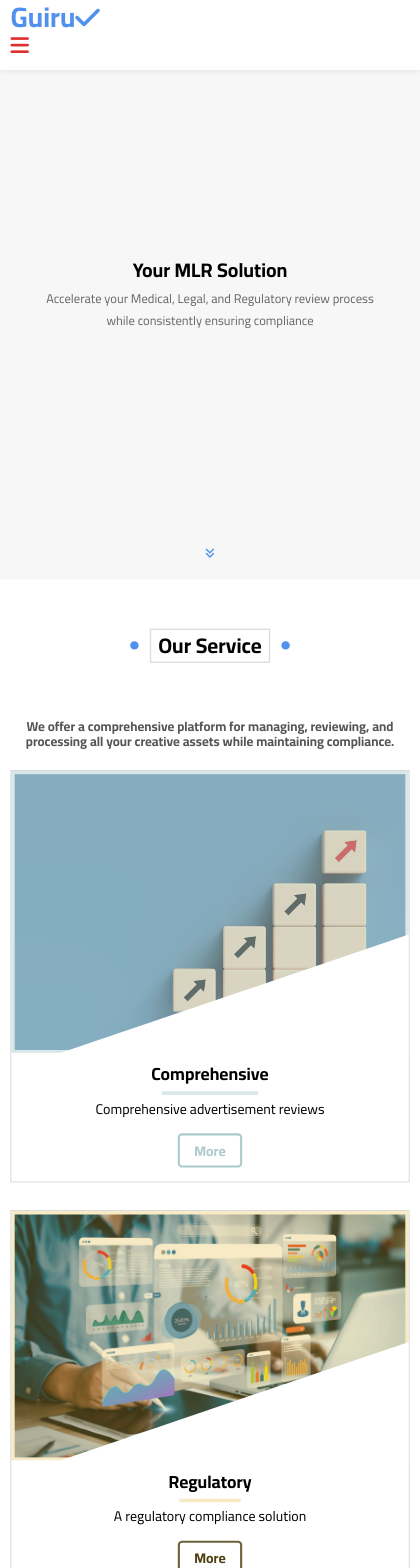
Repository: AsmaaAlothman/Templet-1-website
Page: home.html
An editor plug-in stored every save of this project. The page is shown before and after the next save, followed by the edit.
The browser window is 600 px wide. The pictures show the part of the page from y = 0 to 2240 px (the page is 5240 px tall), at 70% of full size.

Above is the page before, as saved 2024-08-31 13:44:27.

### home.html
<!DOCTYPE html>
<html lang="en">

<head>
    <meta charset="UTF-8" />
    <meta name="viewport" content="width=device-width, initial-scale=1.0" />
    <title>Guiru test</title>
    <!-- Render all elements normally-->
    <link rel="stylesheet" href="css/normalize.css" />
    <!-- Font Awesome library-->
    <link rel="stylesheet" href="css/all.min.css" />
    <link rel="preconnect" href="https://fonts.googleapis.com" />
    <!--Google Fonts Cairo-->
    <link href="https://fonts.googleapis.com/css2?family=Cairo:wght@200..1000&family=Work+Sans:ital,wght@0,100..900;1,100..900&display=swap" rel="stylesheet" />
    <!--Main template css file -->
    <link rel="stylesheet" href="css/home.css" />
</head>

<body>
    <!-- Start header -->
    <div class="header" id="header">
        <div class="container">

            <a href="#" class="logo"> Guiru <i class="fa-solid fa-check"></i></a>

            <ul class="main_nav">
                <li>
                    <a href="#partner_with_us" class="partner_with_us">partner with us</a>
                </li>
                <li><a href="#about-us">About Us</a></li>
                <li><a href="#contact-us">Contact Us</a></li>
                <li><a href="#login">Login</a></li>
                <li><a href="#home">Home</a></li>
            </ul>
            <label for="check" class="check-btn">
              <i class="fa-solid fa-bars"></i>
            </label>
        </div>
    </div>
    <!-- End header -->
    <!-- Start Landing -->
    <div class="landing">
        <div class="container">
            <div class="text">
                <h1>Your MLR Solution</h1>
                <p>
                    Accelerate your Medical, Legal, and Regulatory review process while consistently ensuring compliance
                </p>
            </div>
            <div class="image">
                <img src="images/landing_image2.jpg" alt="landing_image2" />
            </div>
        </div>
        <a href="#about-us" class="go_down">
            <i class="fa-solid fa-angles-down"></i>
        </a>
    </div>
    <!-- End Landing -->
    <!-- Start Service -->
    <div class="service" id="service">
        <h2 class="main-title">Our Service</h2>

        <h3>
            We offer a comprehensive platform for managing, reviewing, and processing all your creative assets while maintaining compliance.
        </h3>

        <div class="container">
            <div class="box comprehensive">
                <div class="img-holder">
                    <img src="images/service-image1.jpg" alt="" />
                </div>
                <h2>Comprehensive</h2>
                <p>Comprehensive advertisement reviews</p>
                <a href="#">More</a>
            </div>
            <div class="box regulatory">
                <div class="img-holder">
                    <img src="images/service-image2.jpg" alt="" />
                </div>
                <h2>Regulatory</h2>
                <p>A regulatory compliance solution</p>
                <a href="#">More</a>
            </div>
            <div class="box guidance">
                <div class="img-holder">
                    <img src="images/service-image3.jpg" alt="" />
                </div>
                <h2>Guidance</h2>
                <p>Guidance to improve advertisement effectiveness</p>
                <a href="#">More</a>
            </div>
        </div>
    </div>
    <!-- End service -->
    <!-- Start About US Section -->
    <div class="about-us" id="about-us">
        <div class="container">
            <h2 class="main-title">About Us</h2>
            <h3>
                At Guiru, we are dedicated to offering the best solutions for your MLR needs. Our team will ensure you campaigns meet all necessary regulations needs and achieve maximum impact.
            </h3>
            <div class="box">
                <div class="details">
                    <img src="images/about-us.png" alt="about-us" />
                </div>
            </div>
        </div>
    </div>
    <!-- End About US Section -->

    <!-- Start Our Value Section -->
    <div class="our-value" id="our-value">
        <h2 class="main-title">Our Value</h2>
        <div class="container">
            <img src="images/our-values.jpg" alt="" class="image" style="width: 600px; height: 400px" />
            <div class="info">
                <div class="box">
                    <img src="images/our-values2.png" alt="" />
                    <div class="text">
                        <h3>Integrity</h3>
                        <p>
                            We uphold the highest standards of integrity in all our actions.
                        </p>
                    </div>
                </div>
                <div class="box">
                    <img src="images/our-values3.png" alt="" />
                    <div class="text">
                        <h3>Excellence</h3>
                        <p>We strive for excellence in everything we do.</p>
                    </div>
                </div>
                <div class="box">
                    <img src="images/our-values4.png" alt="" />
                    <div class="text">
                        <h3>Innovation</h3>
                        <p>
                            We encourage innovation to meet challenges and improve our services.
                        </p>
                    </div>
                </div>
            </div>
        </div>
    </div>
    <!-- End Our value Section -->

    <!-- Start Footer -->
    <div class="footer" id="footer">
        <div class="container">
            <img src="images/logo-Guiru.png" alt="logo-footer" />
            <div class="footer-links">
                <a href="#about-us"><i class="fa-regular fa-address-card"> About Us </i></a
          >
          <a href="#contact-us"
            ><i class="fa-solid fa-headset"> Contact Us </i>
          </a>
                <a href="#privacy-policy"><i class="fa-solid fa-arrow-right-to-bracket"> Privacy Policy </i>
          </a>
            </div>
            <p class="copyright">
                &copy; 2024 <span>Guiru</span> All rights reserved.
            </p>
        </div>
    </div>
    <!-- End Footer -->
</body>

</html>

### css/home.css
/* Start global rules : */

* {
    -webkit-box-sizing: border-box;
    -moz-box-sizing: border-box;
    box-sizing: border-box;
    padding: 0px;
    margin: 0px;
}

html {
    scroll-behavior: smooth;
}

:root {
    --main-color: #4f91ed;
    --main-color-alt: #125bc2bd;
    --hover-main-color: #c5c9cf23;
    --icon-color-hover: #accef577;
    --main-transition: 0.3s;
    --main-padding-top: 70px;
    --main-padding-bottom: 70px;
    --second-section-background-color: #d2d7d831;
    --main-section-background-color: white;
    --footer-background-color: rgba(46, 69, 92, 0.486);
    --paragraph-text-color: #555;
    --main-box-shadow: 0 12px 20px 0 rgba(0, 0, 0, 0.048), 0 2px 4px 0 rgb(0 0 0/12%);
}

body {
    font-family: "Cairo", sans-serif;
    /* font-family: "Work Sans", sans-serif;*/
}

a {
    text-decoration: none;
}

ul {
    list-style: none;
}


/* End global rules  */

.parent {
    background-color: #eee;
}

.container {
    padding-left: 15px;
    padding-right: 15px;
    margin-left: auto;
    margin-right: auto;
    /* background-color: #ececec; */
}

img {
    /* padding-left: 15px;
    padding-right: 15px; */
    margin-left: auto;
    margin-right: auto;
    display: block;
    /* background-color: var(--main-color); */
}


/* Start media query  */

@media (min-width: 768px) {
    .container {
        width: 970px;
    }
}

@media (min-width: 992px) {
    .container {
        width: 970px;
    }
}

@media (min-width: 1200px) {
    .container {
        width: 1170px;
    }
}


/* End media query  */


/* Start Style Main title */

.main-title {
    margin: 0 auto 80px;
    border: 2px solid #e1dcdc;
    padding: 5px 10px;
    font-size: 30px;
    width: fit-content;
    position: relative;
    z-index: 1;
    transition: var(--main-transition);
}

.main-title::after,
.main-title::before {
    content: "";
    width: 12px;
    height: 12px;
    background-color: var(--main-color);
    position: absolute;
    border-radius: 50%;
    top: 50%;
    transform: translateY(-50%);
}

.main-title::after {
    right: -30px;
}

.main-title::before {
    left: -30px;
}

.main-title:hover::before {
    z-index: -1;
    animation: left-move 0.3s linear forwards;
}

.main-title:hover::after {
    z-index: -1;
    animation: right-move 0.3s linear forwards;
}

.main-title:hover {
    color: white;
    border: 2px solid white;
    transition-delay: 0.2s;
}


/* End Style Main title */


/* Start header */

.header {
    background-color: white;
    position: relative;
    -webkit-box-shadow: 0 0 10px#ddd;
    -moz-box-shadow: 0 0 10px#ddd;
    box-shadow: 0 0 10px#ddd;
}

.header .container {
    display: flex;
    background-color: white;
    justify-content: space-between;
    align-items: center;
    flex-wrap: wrap;
    position: relative;
}

.header .logo {
    color: var(--main-color);
    font-size: 40px;
    font-weight: bold;
    /*  height: 72px; للحفاظ على ارتفاع الهيدر حتى لو اختلف حجم المين  */
    height: 72px;
    display: flex;
    justify-content: center;
    align-items: center;
}


/* start responsive media for logo selector : */

@media (max-width: 767px) {
    .header .logo {
        width: 100%;
        height: 50px;
    }
}


/*end responsive media for logo selector : */

.header .main_nav {
    display: flex;
}


/* start responsive media for main_nav selector : */

.header .main_nav>li>a {
    height: 80px;
    letter-spacing: 2px;
    font-size: 20px;
    display: flex;
    justify-content: center;
    align-items: center;
    position: relative;
    color: black;
    padding: 0px 25px;
    transition: var(--main-transition);
    overflow: hidden;
}


/* start responsive media for li > a selector : */

@media (max-width: 767px) {
    .header .main_nav>li>a {
        padding: 10px;
        height: 40px;
        font-size: 14px;
    }
}

@media (max-width: 767px) {
    .header .main_nav {
        flex-direction: column;
        gap: 0;
        padding: 5px;
        margin: auto;
    }
}

.check-btn {
    font-size: 30px;
    color: rgb(223, 46, 46);
    cursor: pointer;
    display: none;
}

@media (max-width: 767px) {
    .check-btn {
        display: flex;
        margin-bottom: 20px;
    }
    .header .main_nav {
        display: none;
    }
    .header .container .logo {
        display: flex;
        justify-content: start;
    }
}


/* End header */


/* Start Landing */

.landing {
    position: relative;
    background-color: var(--second-section-background-color);
}

.landing .container {
    min-height: calc(100vh - 72px);
    display: flex;
    align-items: center;
    padding-bottom: 75px;
}

.landing .text {
    flex: 1;
}

@media (max-width: 991px) {
    .landing .text {
        text-align: center;
    }
}

.landing .text h1 {
    font-size: 37px;
    margin: 0;
    letter-spacing: 0px;
}


/*start response mobile screen size */

@media (max-width: 767px) {
    .landing .text h1 {
        font-size: 28px;
    }
}


/*end response mobile screen size */

.landing .text p {
    font-size: 22px;
    margin: 5px 0 0;
    line-height: 1.7;
    color: #666;
    max-width: 500px;
}

@media (max-width: 991px) {
    .landing .text p {
        margin: 10px auto;
    }
}


/*start response mobile screen size */

@media (max-width: 767px) {
    .landing .text p {
        font-size: 18px;
    }
}


/*end response mobile screen size */

.landing .image img {
    position: relative;
    width: 400px;
    /* وحطينا زمن 5 ثواني يروح ويرجع up-and-down الانيميشن هون سميتو ع كيفي  */
    /* الانيميشن بعتمد عالبوزشن لازم يكون ريليتف */
    /* بننزل بننشئ الانيميشن تحت بنفس هاد الاسم  */
    animation: up-and-down 5s linear infinite;
}

@media (max-width: 991px) {
    .landing .image {
        display: none;
    }
}

.landing .go_down {
    color: var(--main-color);
    position: absolute;
    bottom: 30px;
    left: 50%;
    transform: translateX(-50%);
    transition: var(--main-transition);
}

.landing .go_down:hover {
    color: var(--main-color-alt);
}

.landing .go_down i {
    animation: bouncing 1.5s infinite;
}


/* End landing */


/* Start service */

.service {
    padding-top: var(--main-padding-top);
    padding-bottom: var(--main-padding-bottom);
    position: relative;
    background-color: var(--main-section-background-color);
}

.service .container {
    display: grid;
    grid-template-columns: repeat(auto-fill, minmax(300px, 1fr));
    gap: 40px;
}

.service h3 {
    color: var(--paragraph-text-color);
    display: block;
    padding-bottom: 30px;
    max-width: 100%;
    text-align: center;
    margin: auto;
}

.service .box {
    text-align: center;
    border: 1px solid #ccc;
}

.service .container .img-holder {
    position: relative;
    overflow: hidden;
}

.service .container .img-holder::before {
    content: "";
    position: absolute;
    top: -1px;
    left: 0;
    height: 100%;
    width: 100%;
    /* background-color: #b657e257; */
}

.service .container .img-holder::after {
    content: "";
    position: absolute;
    bottom: 0;
    right: 0;
    border-style: solid;
    border-width: 0 0 170px 500px;
    border-color: transparent transparent white transparent;
    transition: var(--main-transition);
}

.service .container .img-holder img {
    max-width: 100%;
    padding: 5px;
}

.service .box:hover .img-holder::after {
    border-width: 0 465px 0 0;
}

.service .box h2 {
    position: relative;
    font-size: 25px;
    margin: 15px auto;
    width: fit-content;
}

.service .box h2::after {
    content: "";
    position: absolute;
    bottom: -15px;
    left: 15px;
    height: 5px;
    width: calc(100% - 30px);
    /* background-color: red; */
}

.service .box p {
    line-height: 2;
    font-size: 20px;
    color: var(--paragraph-color);
    margin: 15px 15px;
    padding: 0;
}

.service .box a {
    display: block;
    border: 3px solid transparent;
    width: fit-content;
    margin: 0 auto 20px;
    font-size: 20px;
    font-weight: bold;
    padding: 10px 20px;
    border-radius: 6px;
    transition: var(--main-transition);
}

.service .box:hover a {
    background-position: left bottom;
    color: rgb(39, 37, 37);
}


/*اللي فوق الصورة overlayهاد الجزء الخاص بال    */

.service .comprehensive .img-holder::before {
    background-color: #aacacb75;
}


/* comprehensive  /guidance /regulatory هاد لون الباك جراوند اللي تحت الهيدر تبع القسم يعني تحت كلمة  */

.service .comprehensive h2::after {
    background-color: #aacacb75;
}

.service .comprehensive a {
    color: #aacacb;
    border-color: #aacacb;
    background: linear-gradient(to right, #aacacb75 50%, white 50%);
    background-size: 200% 100%;
    background-position: right bottom;
}


/* ---------------------------------- */

.service .regulatory .img-holder::before {
    background-color: #e0ad1f41;
}

.service .regulatory h2::after {
    background-color: #e0ad1f41;
}

.service .regulatory a {
    color: #503f10;
    border-color: #6e6039;
    background: linear-gradient(to right, #e0ad1f41 50%, white 50%);
    background-size: 200% 100%;
    background-position: right bottom;
}


/* ---------------------------------- */

.service .guidance .img-holder::before {
    background-color: #b7cc8c71;
}

.service .guidance h2::after {
    background-color: #b7cc8c71;
}

.service .guidance a {
    color: #b7cc8c;
    border-color: #b7cc8c;
    background: linear-gradient(to right, #b7cc8c71 50%, white 50%);
    background-size: 200% 100%;
    background-position: right bottom;
}


/* End service */


/* Start About us Section */

.about-us {
    position: relative;
    padding-top: var(--main-padding-top);
    padding-bottom: var(--main-padding-bottom);
    background-color: var(--second-section-background-color);
}

.about-us .container {
    display: flex;
    align-items: center;
    flex-wrap: wrap;
    position: relative;
}

.about-us .container .box {
    display: grid;
    margin: auto;
    grid-template-columns: repeat(auto-fill, minmax(450px, 0fr));
    gap: 10px;
    padding: 5px;
    max-width: fit-content;
    background-color: transparent;
    border-radius: 6px;
    box-shadow: 0 12px 20px 0 rgb(0 0 0/13%), 0 2px 4px 0 rgb(0 0 0/12%);
}

.about-us .container .box img {
    max-width: 60%;
    transition: var(--main-transition);
    border-radius: 6px;
}

@media (max-width: 767px) {
    .about-us .container .box img {
        max-width: 60%;
        transition: var(--main-transition);
        border-radius: 6px;
        margin-left: 40px;
    }
}

.about-us .container .box img:hover {
    transform: rotate(2deg) scale(1);
    transition-duration: 1s;
}

.about-us .container h3 {
    color: var(--paragraph-text-color);
    display: block;
    padding-bottom: 30px;
    max-width: 100%;
    text-align: center;
    margin: auto;
}


/* End About us Section */


/* Start Our value Section */

.our-value {
    padding-top: var(--main-padding-top);
    padding-bottom: var(--main-padding-bottom);
    position: relative;
    background-color: var(--section-background-color);
}

.our-value .container {
    display: flex;
    align-items: center;
    justify-content: space-between;
}

@media (max-width: 991px) {
    .our-value .container {
        flex-direction: column;
    }
}

.our-value .container .image {
    max-width: 100%;
    margin-right: 70px;
}

@media (max-width: 991px) {
    .our-value .image {
        margin: 0 0 50px;
    }
}

@media (max-width: 767px) {
    .our-value .container .image {
        display: none;
    }
}

.our-value .info .box {
    background-color: #8d9cb138;
    padding: 20px 15px;
    margin-bottom: 20px;
    border-radius: 6px;
    display: flex;
    align-items: center;
    border: 3px solid white;
    position: relative;
    z-index: 1;
}

@media (max-width: 991px) {
    .our-value .info .box {
        flex-direction: column;
        text-align: center;
    }
}

.our-value .info .box::before {
    content: "";
    position: absolute;
    background-color: rgba(131, 181, 209, 0.26);
    left: 50%;
    top: 50%;
    height: 0;
    width: 0;
    transform: translate(-50%, -50%);
    z-index: -1;
    transition: var(--main-transition);
}

.our-value .info .box:hover:before {
    height: 100%;
    width: 100%;
}

.our-value .info .box img {
    width: 120px;
    margin-left: 0;
    padding: 5px;
    border-radius: 15px;
}

@media (max-width: 991px) {
    .our-value .info .box img {
        margin: 0 0 30px;
    }
}

.our-value .container .info .box .text {
    padding: 0px 5px 0px 15px;
}

.our-value .container .info .box h3 {
    font-size: 20px;
    padding-bottom: 5px;
    margin: 0;
}

.our-value .container .info .box p {
    line-height: 1.7;
    color: var(--paragraph-color);
    margin: 10px 0 0;
    font-size: 18px;
}


/* End Our value Section */


/* Start Footer  */

.footer {
    padding-top: 50px;
    padding-bottom: 50px;
    background-color: var(--footer-background-color);
    position: relative;
    color: white;
    text-align: center;
}

.footer .container img {
    width: 200px;
}

.footer .footer-links {
    max-width: 100%;
    padding-top: 15px;
    display: flex;
    margin: 40px 0 20px;
    gap: 25px;
    justify-content: center;
    align-items: center;
    position: relative;
}

@media (max-width: 767px) {
    .footer .footer-links {
        padding-top: 10px;
        display: grid;
        margin: 30px 0 20px;
        gap: 30px;
        justify-content: center;
        align-items: center;
    }
}

.footer .footer-links a {
    display: block;
    font-size: 13px;
    letter-spacing: 4px;
    color: #0c4597c2;
    text-shadow: 0px 1px 7px white;
    border-bottom: 3px solid rgba(58, 79, 148, 0.918);
    border-radius: 6px;
    padding: 10px;
}

.footer .footer-links a:hover {
    font-weight: bolder;
    color: white;
    border: none;
    background-color: rgba(78, 107, 134, 0.37);
    box-shadow: var(--main-box-shadow);
    transition: var(--main-transition);
}

.footer .container {
    position: relative;
    max-width: 100%;
    max-height: 100%;
}

.footer .copyright {
    margin-top: 60px;
    padding: 20px;
}

.footer .copyright span {
    font-weight: bold;
    font-size: 20px;
    color: var(--main-color-alt);
}


/* End Footer  */


/* Start Create Animation  */

@keyframes up-and-down {
    0%,
    100% {
        top: 0;
    }
    50% {
        top: -50px;
    }
}

@keyframes left-move {
    50% {
        left: 0;
        width: 12px;
        height: 12px;
    }
    100% {
        left: 0;
        border-radius: 0;
        width: 100%;
        height: 100%;
    }
}

@keyframes right-move {
    50% {
        right: 0;
        width: 12px;
        height: 12px;
    }
    100% {
        right: 0;
        border-radius: 0;
        width: 100%;
        height: 100%;
    }
}


/* Start Create Animation  */

@keyframes up-and-down {
    0%,
    100% {
        top: 0;
    }
    50% {
        top: -50px;
    }
}

@keyframes left-move {
    50% {
        left: 0;
        width: 12px;
        height: 12px;
    }
    100% {
        left: 0;
        border-radius: 0;
        width: 100%;
        height: 100%;
    }
}

@keyframes right-move {
    50% {
        right: 0;
        width: 12px;
        height: 12px;
    }
    100% {
        right: 0;
        border-radius: 0;
        width: 100%;
        height: 100%;
    }
}


/* End Create Animation */

Loaded but not shown: css/normalize.css (library); css/all.min.css (library)

After the next save:
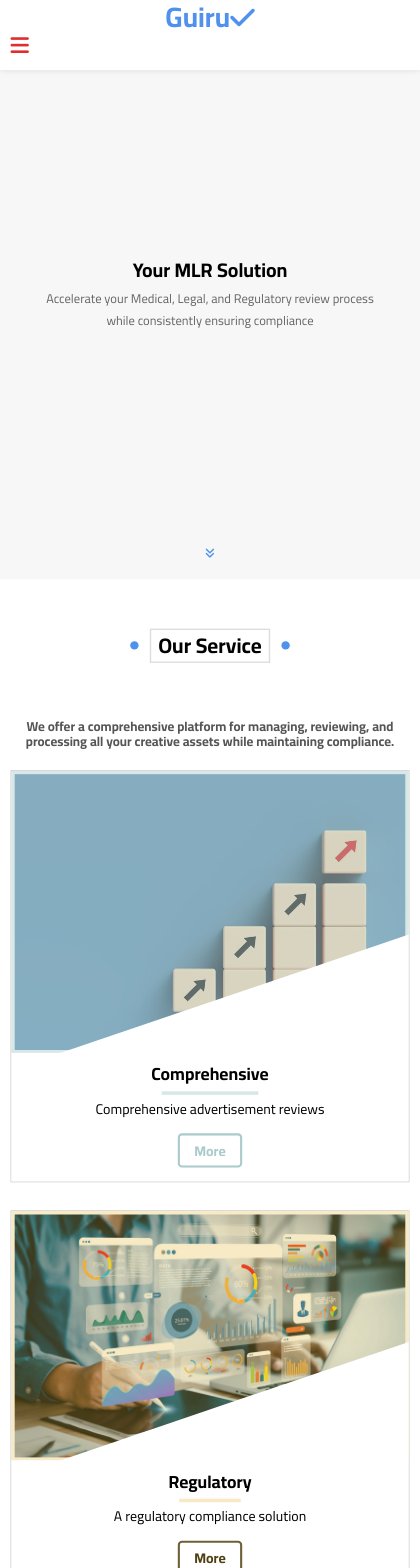
Saved 10 s later.
--- a/css/home.css
+++ b/css/home.css
@@ -236,15 +236,14 @@
 @media (max-width: 767px) {
     .check-btn {
         display: flex;
+        justify-content: start;
+        display: flex;
         margin-bottom: 20px;
     }
     .header .main_nav {
         display: none;
     }
-    .header .container .logo {
-        display: flex;
-        justify-content: start;
-    }
+    .header .container .logo {}
 }
 
 

After the 3 saves that followed:
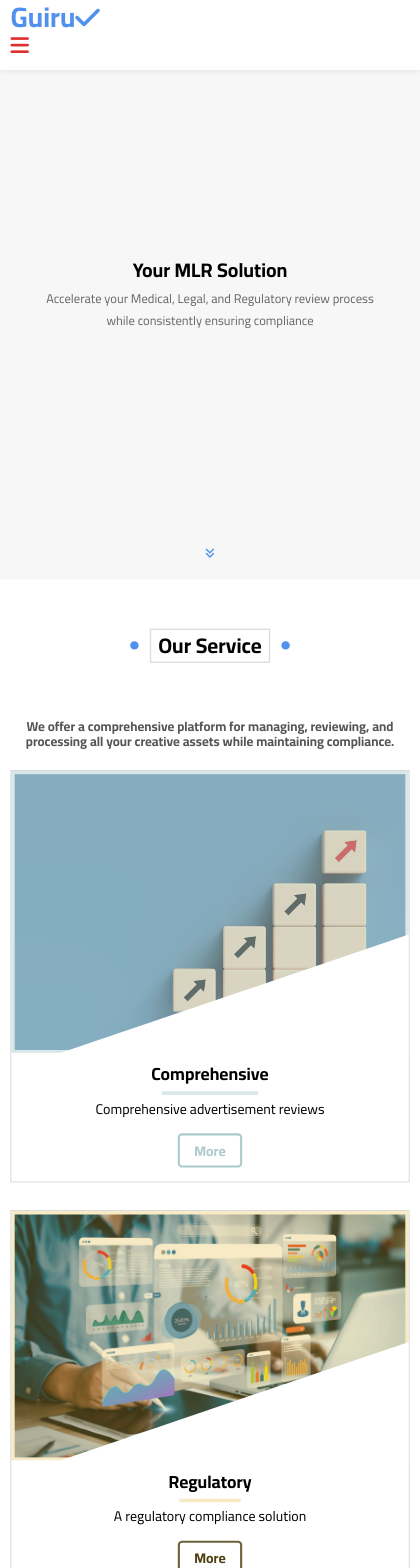
The 3 saves are shown as one change because 1 left the picture as it was and some came seconds apart.
The last was saved 15 s later.
--- a/css/home.css
+++ b/css/home.css
@@ -236,14 +236,15 @@
 @media (max-width: 767px) {
     .check-btn {
         display: flex;
-        justify-content: start;
-        display: flex;
         margin-bottom: 20px;
     }
     .header .main_nav {
         display: none;
     }
-    .header .container .logo {}
+    .header .container .logo {
+        display: flex;
+        justify-content: start;
+    }
 }
 
 
